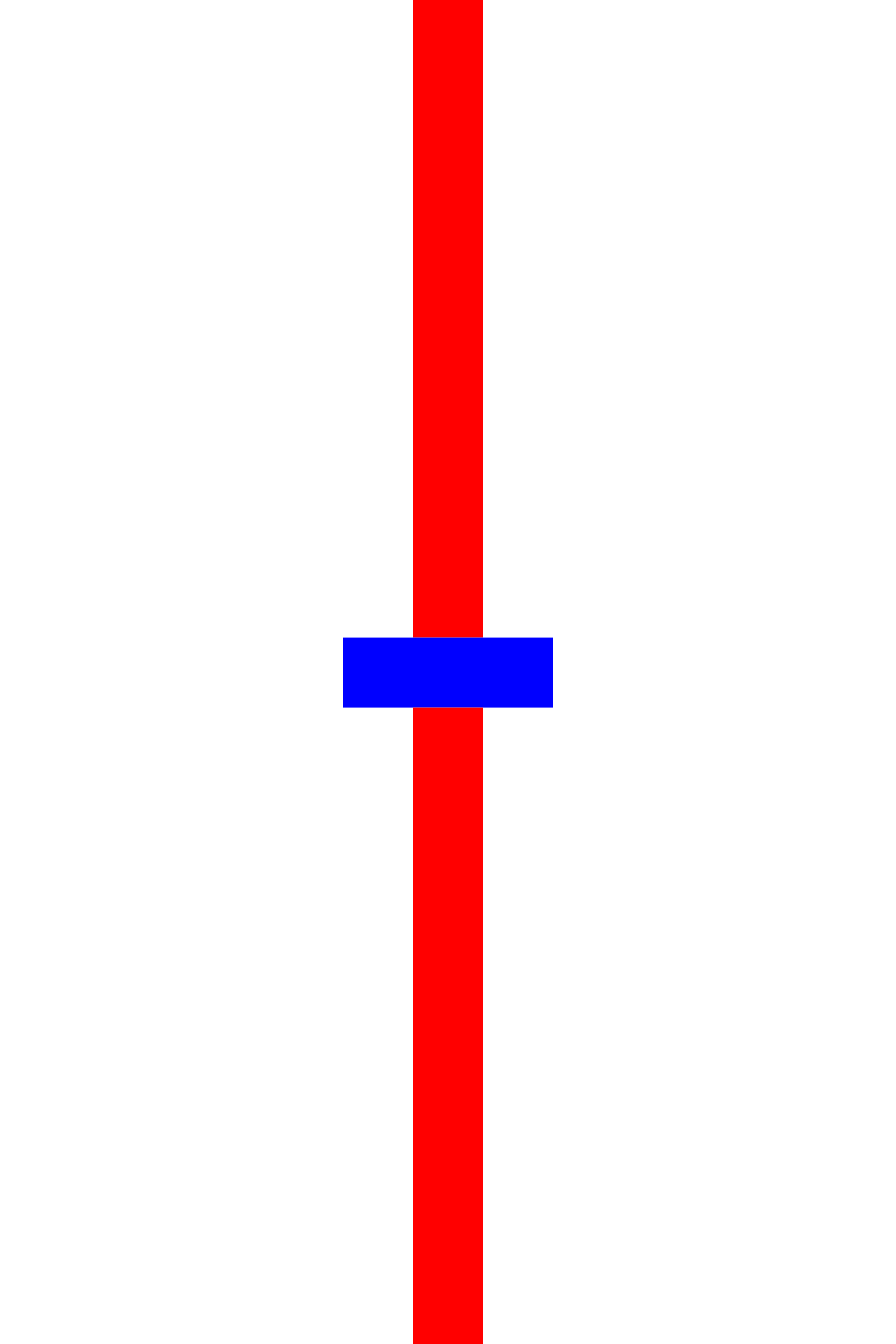
Repository: HuangHhuang/LeetCode
Page: 图片按需加载思路.html
The author's editor kept a copy of each file at every save. The page is drawn from the files as they stood at one save, then again after the next save.
The browser window is 1280 px wide. The pictures show the part of the page from y = 1097 to 3017 px (the page is 4116 px tall), at 70% of full size.

Above is the page before, as saved 2021-11-04 20:28:11.

### 图片按需加载思路.html
<!DOCTYPE html>
<html lang="en">
<head>
    <meta charset="UTF-8">
    <meta http-equiv="X-UA-Compatible" content="IE=edge">
    <meta name="viewport" content="width=device-width, initial-scale=1.0">
    <title>Document</title>
    <style>
        .main {
            height: 2000px;
            margin: 0 auto;
            width:100px;
            background-color: red;
        }
        .div1 {
            height: 100px;
            width: 300px;
            background-color: blue;
            margin: 0 auto;
        }
    </style>
</head>
<body>
    <div class = "main"></div>
    <div class = "div1" id="div"></div>
    <div class = "main"></div>
    <script>
        window.onscroll = function() {
            var div = document.getElementById("div");
            var all = div.getBoundingClientRect();
            var totalH = document.body.clientHeight
            console.log(all.top)
            if((all.top + 100) > totalH) {
                div.style.backgroundColor = "green"
            } else {
                div.style.backgroundColor = "blue"
            }
        }
    </script>
</body>
</html>

After the next save:
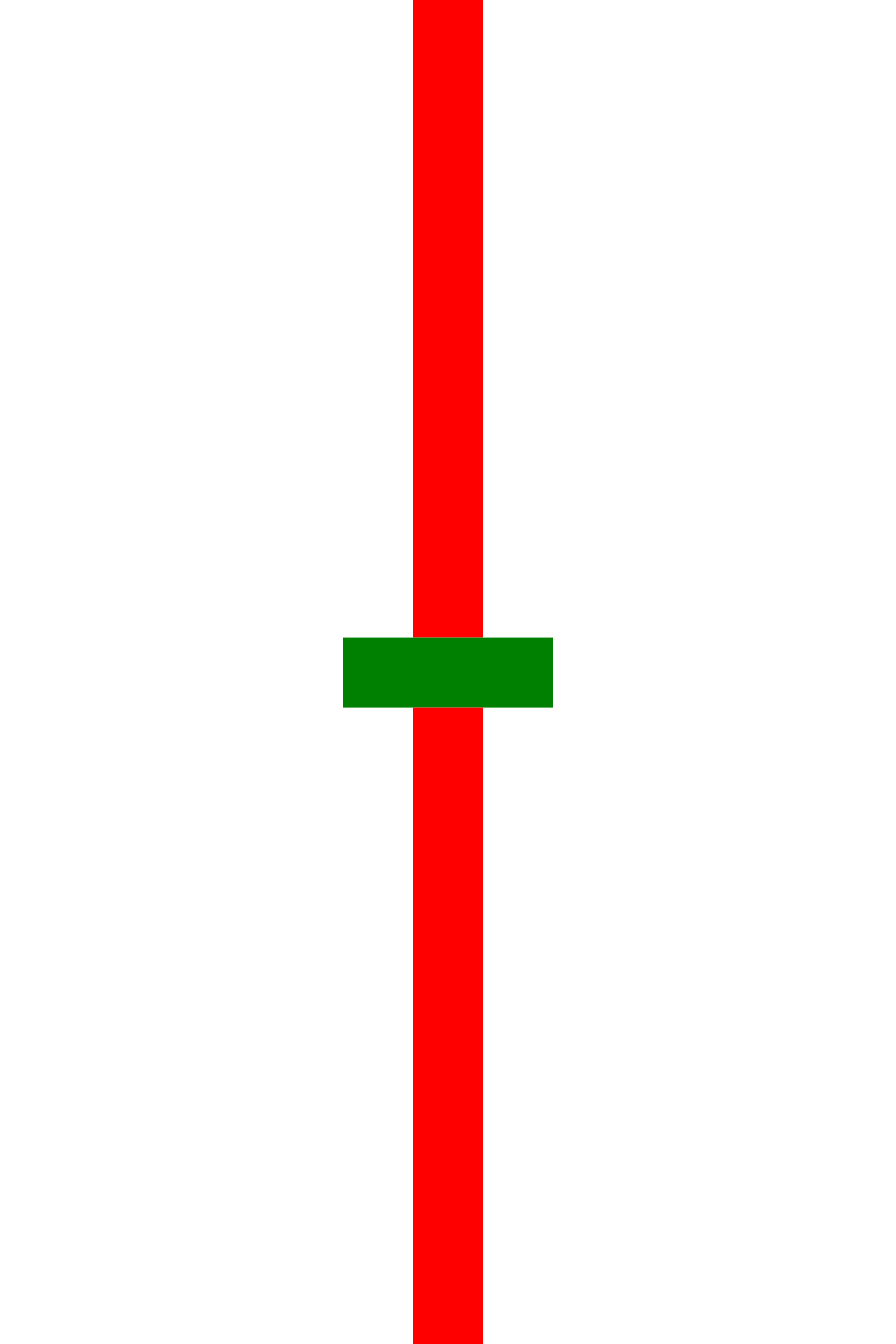
Saved 77 s later.
--- a/图片按需加载思路.html
+++ b/图片按需加载思路.html
@@ -30,7 +30,7 @@
             var all = div.getBoundingClientRect();
             var totalH = document.body.clientHeight
             console.log(all.top)
-            if((all.top + 100) > totalH) {
+            if((all.top + 100) < totalH) {
                 div.style.backgroundColor = "green"
             } else {
                 div.style.backgroundColor = "blue"

After the 6 saves that followed:
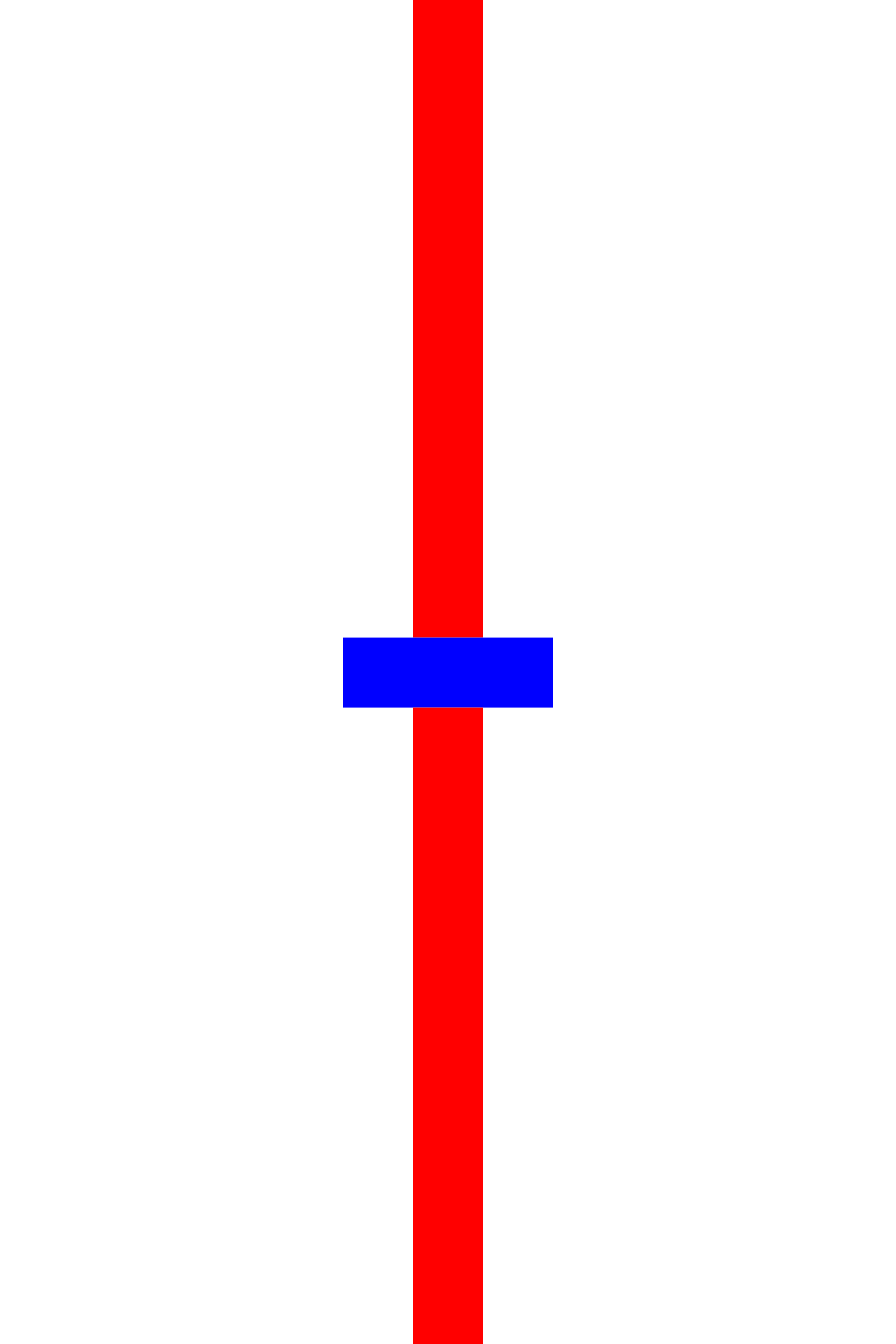
Console error: TypeError: Cannot read properties of undefined (reading 'clientHeight')
The 6 saves are shown as one change because 5 left the picture as it was.
The last was saved 3 min 45 s later.
--- a/图片按需加载思路.html
+++ b/图片按需加载思路.html
@@ -28,9 +28,9 @@
         window.onscroll = function() {
             var div = document.getElementById("div");
             var all = div.getBoundingClientRect();
-            var totalH = document.body.clientHeight
-            console.log(all.top)
-            if((all.top + 100) < totalH) {
+            var totalH = document.div.clientHeight
+            console.log(totalH)
+            if((all.top - 100) < totalH) {
                 div.style.backgroundColor = "green"
             } else {
                 div.style.backgroundColor = "blue"
